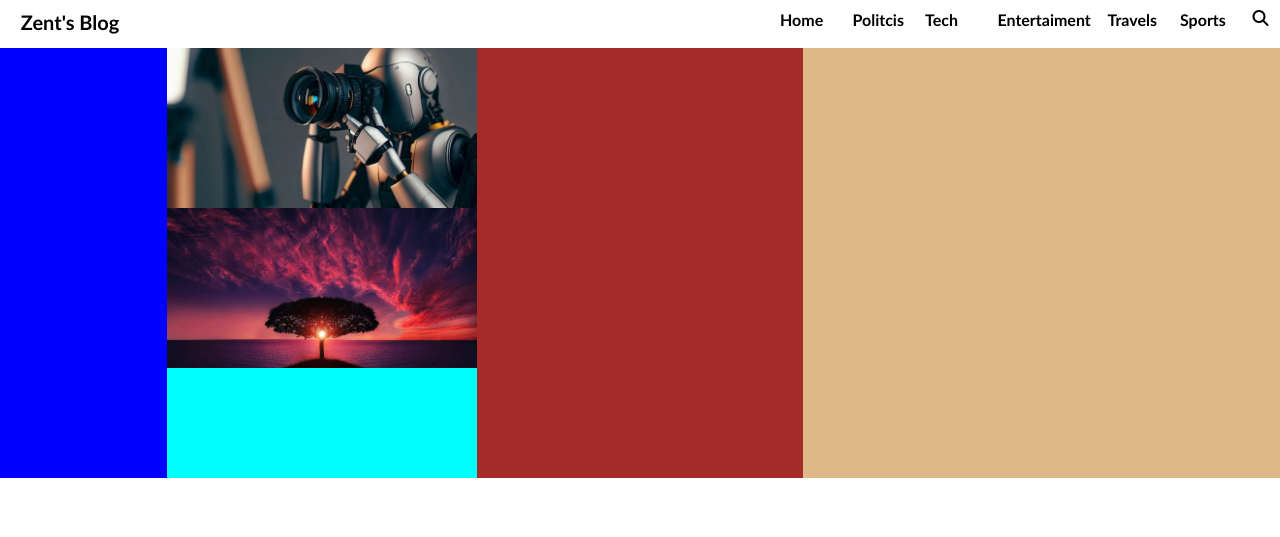
Repository: giacatdat2k5/html3
Page: html3.vs/7.1.html
The author's editor kept a copy of each file at every save. The page is drawn from the files as they stood at one save, then again after the next save.
The browser window is 1280 px wide. The pictures show the whole page.

Above is the page before, as saved 2023-09-27 13:26:51.

After the next save:
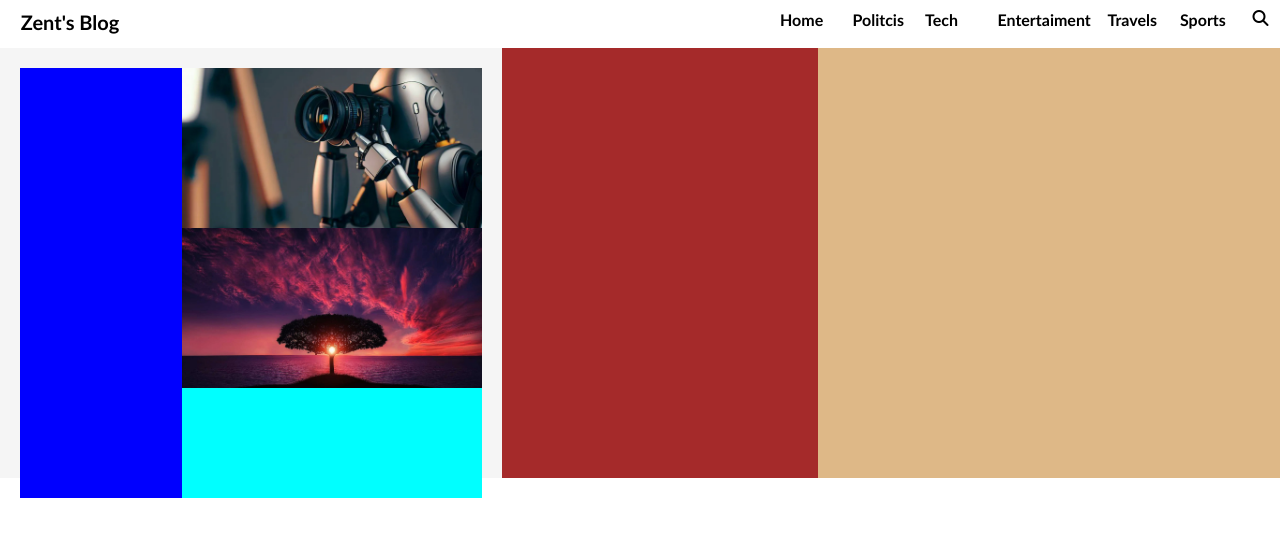
Saved 11 s later.
--- a/html3.vs/7.1.css
+++ b/html3.vs/7.1.css
@@ -46,6 +46,7 @@
     flex-wrap: wrap;
     justify-content: right;
     align-items: center;
+    margin: 20px;
 }
 .center{
     width: 26%;

After the save that followed:
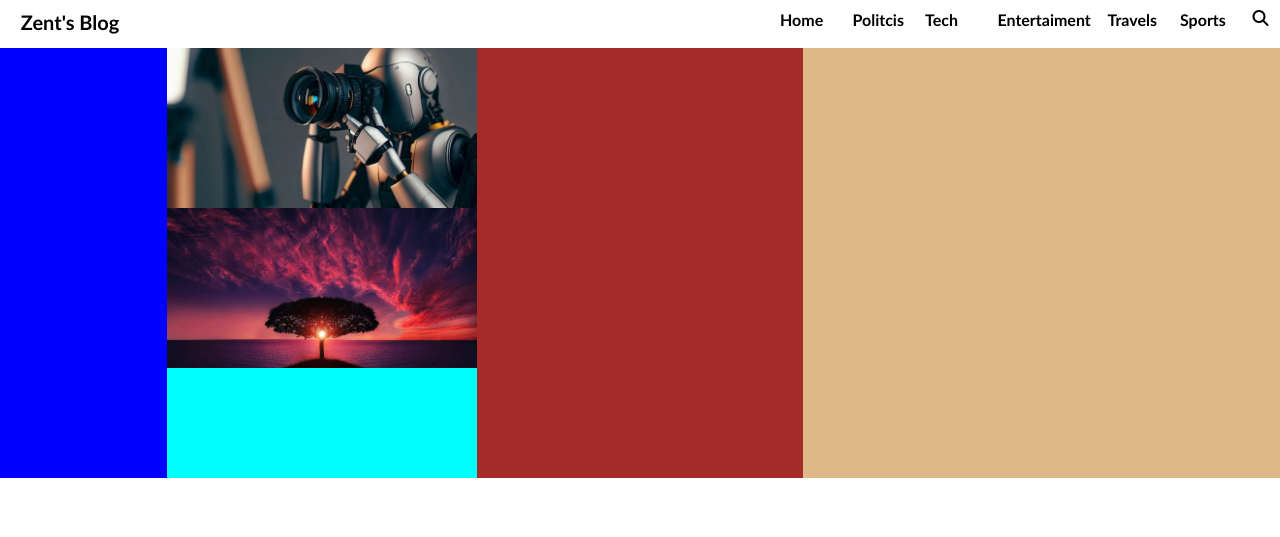
Saved 6 s later.
--- a/html3.vs/7.1.css
+++ b/html3.vs/7.1.css
@@ -46,7 +46,6 @@
     flex-wrap: wrap;
     justify-content: right;
     align-items: center;
-    margin: 20px;
 }
 .center{
     width: 26%;
